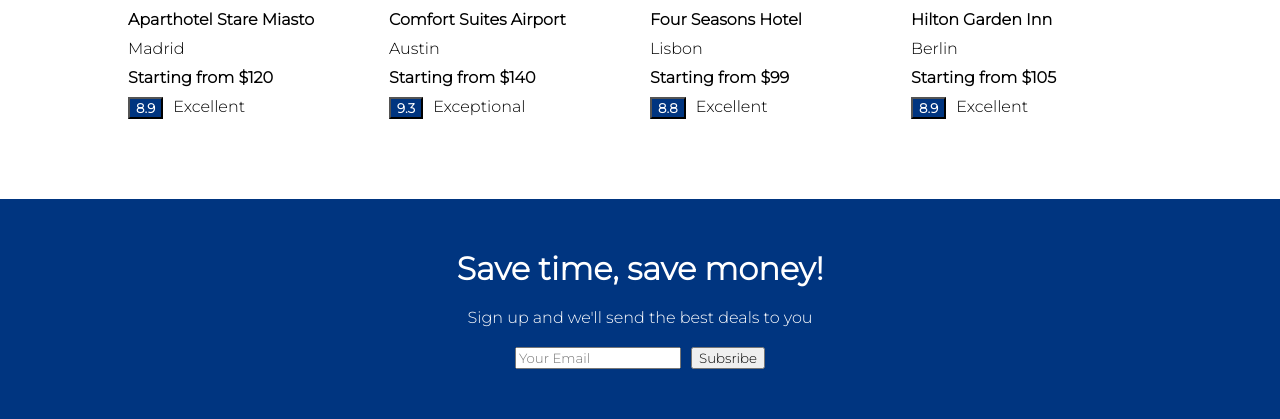
Repository: truongnguyenuit/BookingWebApp
Page: /
The author's editor kept a copy of each file at every save. The page is drawn from the files as they stood at one save, then again after the next save.
The browser window is 1280 px wide. The pictures show the part of the page from y = 1301 to 1898 px (the page is 1720 px tall before and 1898 px after).
The project was rebuilt for these pictures with package versions that can differ from the ones it lists, and the page was loaded fresh each time.

Above is the page before, as saved 2022-05-28 14:37:18.

### public/index.html
<!DOCTYPE html>
<html lang="en">
  <head>
    <meta charset="utf-8" />
    <meta name="viewport" content="width=device-width, initial-scale=1" />
    <meta
      name="description"
      content="Web site created using create-react-app"
    />
    <link
      href="https://fonts.googleapis.com/css2?family=Montserrat:wght@300&display=swap"
      rel="stylesheet"
    >
    <style>
      *{
        font-family: 'Montserrat', sans-serif;
        margin: 0;
      }
    </style>

    <title>HannaBooking</title>
  </head>
  <body>
    <noscript>You need to enable JavaScript to run this app.</noscript>
    <div id="root"></div>
  </body>
</html>

### src/App.js
import Home from "./pages/home/Home";
function App() {
  return (
    <Home />
  );
}

export default App;

### src/pages/home/Home.jsx
import React from 'react'
import Header from '../../components/header/Header';
import Navbar from '../../components/navbar/Navbar';
import Featured from '../../components/featured/Featured';
import PropertyList from '../../components/propertyList/PropertyList';
import FeaturedProperties from '../../components/featuredProperties/FeaturedProperties';
import MailList from '../../components/mailList/MailList';
import "./home.css"
const Home = () => {
  return (
    <div>
      <Navbar />
      <Header />
      <div className="homeContainer">
        <Featured />
        <h1 className="homeTitle">Browse by property type</h1>
        <PropertyList />
        <h1 className="homeTitle">Homes guests love</h1>
        <FeaturedProperties />

      </div>
      <MailList />
    </div>
  )
}
export default Home;

### src/components/header/Header.jsx
import {
  faBed,
  faCalendarDays,
  faCar,
  faPerson,
  faPlane,
  faTaxi,
} from "@fortawesome/free-solid-svg-icons";
import { FontAwesomeIcon } from "@fortawesome/react-fontawesome";
import "./header.css";
// import { DateRange } from "react-date-range";
import { useState } from "react";
// import "react-date-range/dist/styles.css"; // main css file
// import "react-date-range/dist/theme/default.css"; // theme css file
// import { format } from "date-fns";
import { useNavigate } from "react-router-dom";
const Header = ({ type }) => {
  const [destination, setDestination] = useState("");
  const [openDate, setOpenDate] = useState(false);
  const [date, setDate] = useState([
    {
      startDate: new Date(),
      endDate: new Date(),
      key: "selection",
    }
  ]);
  const [openOptions, setOpenOptions] = useState(false);
  const [options, setOptions] = useState({
    adult: 1,
    children: 0,
    room: 1,
  });

  //const navigate = useNavigate();
  return (
    <div className="header">
      <div className="headerContainer">
        <div className="headerList">
          <div className="headerListItem">
            <FontAwesomeIcon icon={faBed} />
            <span>Stays</span>
          </div>
          <div className="headerListItem">
            <FontAwesomeIcon icon={faPlane} />
            <span>Flights</span>
          </div>
          <div className="headerListItem">
            <FontAwesomeIcon icon={faCar} />
            <span>Car rentals</span>
          </div>
          <div className="headerListItem">
            <FontAwesomeIcon icon={faBed} />
            <span>Attraction</span>
          </div>
          <div className="headerListItem">
            <FontAwesomeIcon icon={faTaxi} />
            <span>AirPort taxis</span>
          </div>
        </div>
        <>
          <h1 className="HeaderTitle">
            A lifetime of discounts? It's Genius.
          </h1>
          <p className="headerDesc">
            Get rewarded for you travels - unlock instant saving of 10% or
            more with a free HannaBooking account.
          </p>
          <button className="headerBtn">Sign in / Register</button>
          <div className="headerSearch">
            <div className="headerSearchItem">
              <FontAwesomeIcon icon={faBed} className="headerIcon" />
              <input type="text"
                placeholder="Where are you going?"
                className="headerSearchInput"
                onChange={(text) => setDestination(text)}
              />
            </div>
            <div className="headerSearchItem">
              <button className="headerBtn">
                search
              </button>
            </div>
          </div>
        </>
      </div>
    </div>
  )
}
export default Header;

### src/components/navbar/Navbar.jsx
import React from 'react'
import "./navbar.css"
const Navbar = () => {
  return (
    <div className="navbar">
      <div className="navContainer">
        <span className="logo">HannaBooking.com</span>
        <div className="navItems">
          <button className="navButton">Login</button>
          <button className="navButton">Register</button>
        </div>
      </div>
    </div>
  )
}
export default Navbar;

### src/components/featured/Featured.jsx
import "./featured.css";

const Featured = () => {
  return (
    <div className="featured">
      <div className="featuredItem">
        <img
          src="https://cf.bstatic.com/xdata/images/city/max500/957801.webp?k=a969e39bcd40cdcc21786ba92826063e3cb09bf307bcfeac2aa392b838e9b7a5&o="
          alt=""
          className="featuredImg"
        />
        <div className="featuredTitles">
          <h1>Dublin</h1>
          <h2>12 properties</h2>
        </div>
      </div>
      <div className="featuredItem">
        <img
          src="https://cf.bstatic.com/xdata/images/city/max500/690334.webp?k=b99df435f06a15a1568ddd5f55d239507c0156985577681ab91274f917af6dbb&o="
          alt=""
          className="featuredImg"
        />
        <div className="featuredTitles">
          <h1>Reno</h1>
          <h2>533 properties</h2>
        </div>
      </div>
      <div className="featuredItem">
        <img
          src="https://cf.bstatic.com/xdata/images/city/max500/689422.webp?k=2595c93e7e067b9ba95f90713f80ba6e5fa88a66e6e55600bd27a5128808fdf2&o="
          alt=""
          className="featuredImg"
        />
        <div className="featuredTitles">
          <h1>Austin</h1>
          <h2>532 properties</h2>
        </div>
      </div>
    </div>
  )
}
export default Featured;

### src/components/propertyList/PropertyList.jsx
import "./propertyList.css"

const propertyList = () => {
  return (
    <div className="plist">
      <div className="pListItem">
        <img
          src="https://cf.bstatic.com/xdata/images/xphoto/square300/57584488.webp?k=bf724e4e9b9b75480bbe7fc675460a089ba6414fe4693b83ea3fdd8e938832a6&o="
          alt=""
          className="pListImg"
        />
        <div className="pListTitles">
          <h1>Hotels</h1>
          <h2>233 hotels</h2>
        </div>
      </div>
      <div className="pListItem">
        <img
          src="https://cf.bstatic.com/static/img/theme-index/carousel_320x240/card-image-apartments_300/9f60235dc09a3ac3f0a93adbc901c61ecd1ce72e.jpg"
          alt=""
          className="pListImg"
        />
        <div className="pListTitles">
          <h1>Apartments</h1>
          <h2>2331 hotels</h2>
        </div>
      </div>
      <div className="pListItem">
        <img
          src="https://cf.bstatic.com/static/img/theme-index/carousel_320x240/bg_resorts/6f87c6143fbd51a0bb5d15ca3b9cf84211ab0884.jpg"
          alt=""
          className="pListImg"
        />
        <div className="pListTitles">
          <h1>Resorts</h1>
          <h2>2331 hotels</h2>
        </div>
      </div>
      <div className="pListItem">
        <img
          src="https://cf.bstatic.com/static/img/theme-index/carousel_320x240/card-image-villas_300/dd0d7f8202676306a661aa4f0cf1ffab31286211.jpg"
          alt=""
          className="pListImg"
        />
        <div className="pListTitles">
          <h1>Villas</h1>
          <h2>2331 hotels</h2>
        </div>
      </div>
      <div className="pListItem">
        <img
          src="https://cf.bstatic.com/static/img/theme-index/carousel_320x240/card-image-chalet_300/8ee014fcc493cb3334e25893a1dee8c6d36ed0ba.jpg"
          alt=""
          className="pListImg"
        />
        <div className="pListTitles">
          <h1>Cabins</h1>
          <h2>2331 hotels</h2>
        </div>
      </div>
    </div>
  )
}
export default propertyList;

### src/components/featuredProperties/FeaturedProperties.jsx
import "./featuredProperties.css"

const FeaturedProperties = () => {
  return (
    <div className="fp">
      <div className="fpItem">
        <img
          src="https://cf.bstatic.com/xdata/images/hotel/square600/13125860.webp?k=e148feeb802ac3d28d1391dad9e4cf1e12d9231f897d0b53ca067bde8a9d3355&o=&s=1"
          alt=""
          className="fpImg"
        />
        <span className="fpName">Aparthotel Stare Miasto</span>
        <span className="fpCity">Madrid</span>
        <span className="fpPrice">Starting from $120</span>
        <div className="fpRating">
          <button>8.9</button>
          <span>Excellent</span>
        </div>

      </div>
      <div className="fpItem">
        <img
          src="https://cf.bstatic.com/xdata/images/hotel/max1280x900/215955381.jpg?k=ff739d1d9e0c8e233f78ee3ced82743ef0355e925df8db7135d83b55a00ca07a&o=&hp=1"
          alt=""
          className="fpImg"
        />
        <span className="fpName">Comfort Suites Airport</span>
        <span className="fpCity">Austin</span>
        <span className="fpPrice">Starting from $140</span>
        <div className="fpRating">
          <button>9.3</button>
          <span>Exceptional</span>
        </div>
      </div>
      <div className="fpItem">
        <img
          src="https://cf.bstatic.com/xdata/images/hotel/max1280x900/232902339.jpg?k=3947def526b8af0429568b44f9716e79667d640842c48de5e66fd2a8b776accd&o=&hp=1"
          alt=""
          className="fpImg"
        />
        <span className="fpName">Four Seasons Hotel</span>
        <span className="fpCity">Lisbon</span>
        <span className="fpPrice">Starting from $99</span>
        <div className="fpRating">
          <button>8.8</button>
          <span>Excellent</span>
        </div>
      </div>
      <div className="fpItem">
        <img
          src="https://cf.bstatic.com/xdata/images/hotel/max1280x900/322658536.jpg?k=3fffe63a365fd0ccdc59210188e55188cdb7448b9ec1ddb71b0843172138ec07&o=&hp=1"
          alt=""
          className="fpImg"
        />
        <span className="fpName">Hilton Garden Inn</span>
        <span className="fpCity">Berlin</span>
        <span className="fpPrice">Starting from $105</span>
        <div className="fpRating">
          <button>8.9</button>
          <span>Excellent</span>
        </div>
      </div>
    </div>
  )
}
export default FeaturedProperties;

### src/components/mailList/MailList.jsx

import "./mailList.css"
const MailList = () => {
  return (
    <div className="mail">
        <h1 className="mailTitle">Save time, save money!</h1>
        <span className="mailDisc">Sign up and we'll send the best deals to you</span>
        <div className="mailInputContainer">
            <input className=""type="text" placeholder="Your Email" />
            <button className="btnSubscribe">Subsribe</button>
        </div>
    </div>
  )
}
export default MailList;

### src/pages/home/home.css
.homeContainer{
    margin-top: 50px;
    display: flex;
    flex-direction: column;
    align-items: center;
    gap:30px;
}
.homeTitle {
    width: 1024px;
    font-size: 25px;
}

### src/components/header/header.css
.header {
    background-color:#003580;
    color: white;
    display: flex;
    justify-content: center;
    position: relative;
}
.headerContainer {
    width:  100%;
    max-width: 1024px;
    margin: 20px 0px 100px 0px;
}
.headerList {
    display: flex;
    gap: 40px;
    margin-bottom: 50px;
}
.headerListItem {
    display: flex;
    align-items: center;
    gap: 10px;
    cursor: pointer;
}
.headerTitle {
    font-weight: bold;
}
.headerDesc {
    font-weight: bold;
    margin-top: 20px;
    margin-bottom: 20px;
}
.headerBtn {
    background-color: #0071c2;
    color: white;
    font-weight: bold;
    border-radius: 3px;
    border: none;
    padding: 10px;
    cursor: pointer;
}
.headerSearch {
    display: flex;
    height: 30px;
    background-color: white;
    border: 3px solid #febb02;
    align-items: center;
    justify-content: space-around;
    padding: 10px 0px;
    border-radius: 5px;
    position: absolute;
    bottom: -25px;
    width: 100%;
    max-width: 1024px;
    gap: 700px


}
.headerIcon {
    color: lightgray;
    margin-left: 20;
}
.headerSearchItem {
    display: flex;
    align-items: center;
    gap: 10px;
}
.headerSearchInput {
    border: none;
    outline: none;
}

### src/components/navbar/navbar.css
.navbar {
    height: 50px;
    background-color: #003580;
    display: flex;
    justify-content: center;
    margin-bottom: 1px;
}
.navContainer {
    width: 100%;
    max-width: 1024px;
    display: flex;
    justify-content: space-between;
    align-items: center;

}
.logo {
    font-weight: bold;
    font-size:20px ;
    color: white;
}
/* .navItems {
    width: 10.5%;
    display: flex;
    justify-content: space-between;
} */
.navButton {
    padding: 7px;
    border: none;
    border-radius: 3px;
    font-weight: bold;
    color: #003580;
    margin-left: 15px;
    cursor: pointer;
}

### src/components/featured/featured.css
.featured {
    display: flex;
    width: 100%;
    max-width: 1024px;
    gap: 20px;
    justify-content: space-between;
    z-index: 1;
}

.featuredItem {
    position: relative;
    height: 250px;
    flex:1;
    overflow:hidden;
    color: white;
    border-radius: 10px;
}
.featuredImg {
    width: 100%;
    height: 100%;
    object-fit: cover;

}
.featuredTitles {
    position: absolute;
    bottom: 20px;
    left: 20px;
}

### src/components/propertyList/propertyList.css
.plist {

    display: flex;
    justify-content: space-between;
    width: 100%;
    max-width: 1024px;
    gap: 20px;
}

.pListItem {

    overflow: hidden;
    flex: 1;
    border-radius: 10px;
    cursor: pointer;
}
.pListImg {
    width: 100%;
    height: 150px;
    object-fit: cover;
}
.pListTitles {
    font-size:  10px;
}

### src/components/featuredProperties/featuredProperties.css
.fp {
    display: flex;
    gap: 20px;
    width: 100%;
    max-width: 1024px;
}
.fpItem {
    display: flex;
    flex: 1;
    flex-direction: column;
    gap: 10px;
}
.fpImg {
    height: 250px;
    width: 100%;
    object-fit: cover;
}
.fpName {
    font-weight:bolder;
}
.fpPrice {
    font-weight: bold;

}
.fpRating {
    display: flex;
    gap: 10px;
}

.fpRating>button {
    background-color: #003580;
    color: white;
    font-weight: bold;
}

### src/components/mailList/mailList.css
.mail {
    background-color: #003580;
    margin-top: 80px;
    color: white;
    display: flex;
    justify-content: center;
    flex-direction: column;
    align-items: center;
    padding: 50px;
    gap: 20px;
}
.mailInputContainer {
    display: flex;
    gap: 10px;
}

Loaded but not shown: src/index.js (common file)

After the next save:
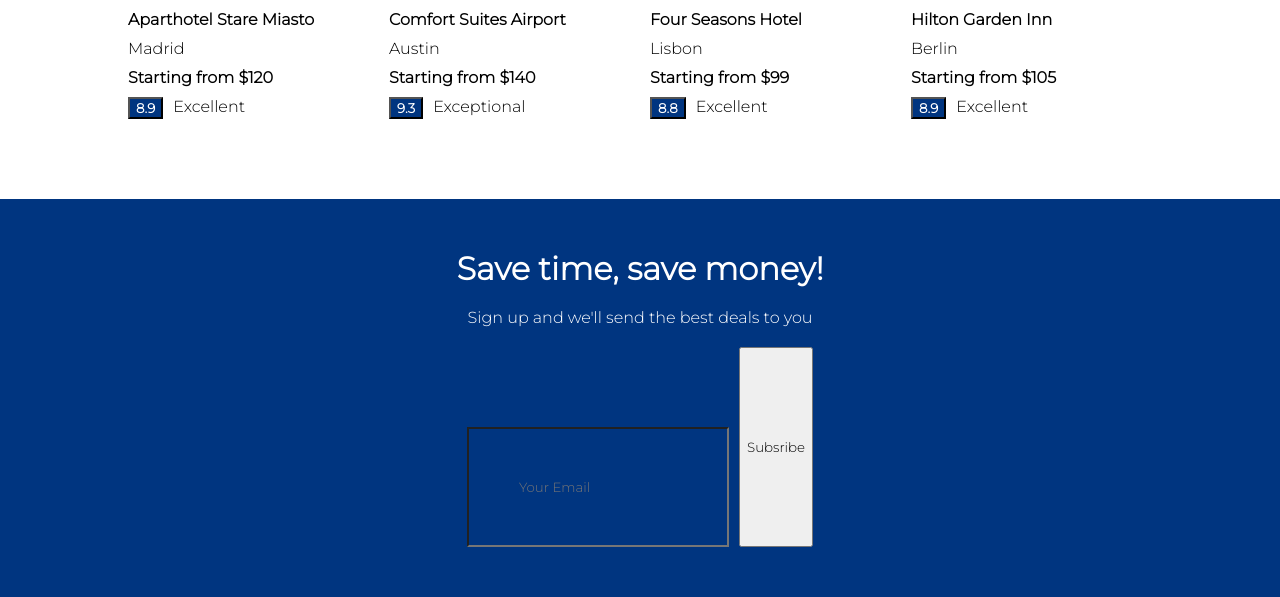
Saved 12 s later.
--- a/src/components/mailList/MailList.jsx
+++ b/src/components/mailList/MailList.jsx
@@ -6,7 +6,7 @@
         <h1 className="mailTitle">Save time, save money!</h1>
         <span className="mailDisc">Sign up and we'll send the best deals to you</span>
         <div className="mailInputContainer">
-            <input className=""type="text" placeholder="Your Email" />
+            <input className="mail"type="text" placeholder="Your Email" />
             <button className="btnSubscribe">Subsribe</button>
         </div>
     </div>

After the 2 saves that followed:
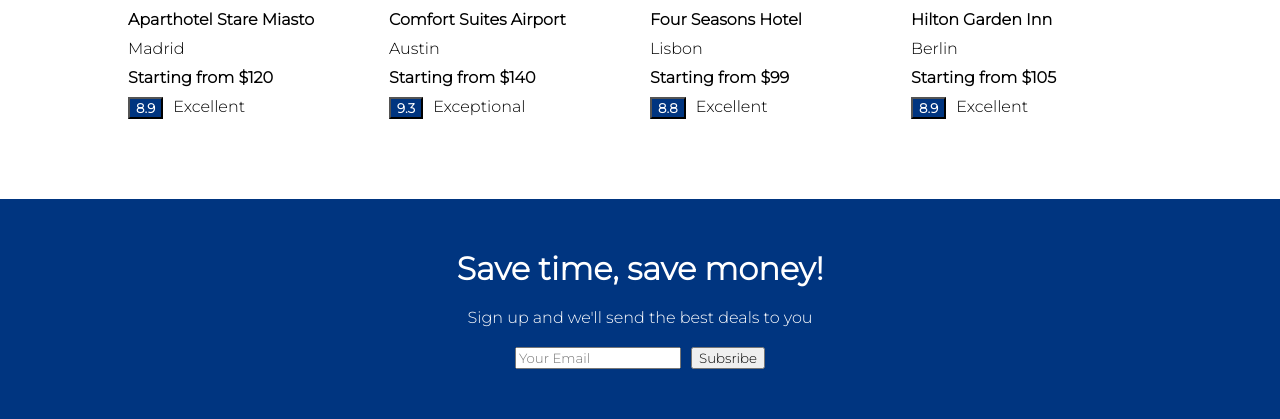
The 2 saves are shown as one change because they came seconds apart.
The last was saved 5 s later.
--- a/src/components/mailList/MailList.jsx
+++ b/src/components/mailList/MailList.jsx
@@ -6,7 +6,7 @@
         <h1 className="mailTitle">Save time, save money!</h1>
         <span className="mailDisc">Sign up and we'll send the best deals to you</span>
         <div className="mailInputContainer">
-            <input className="mail"type="text" placeholder="Your Email" />
+            <input className="mailInput" type="text" placeholder="Your Email" />
             <button className="btnSubscribe">Subsribe</button>
         </div>
     </div>
